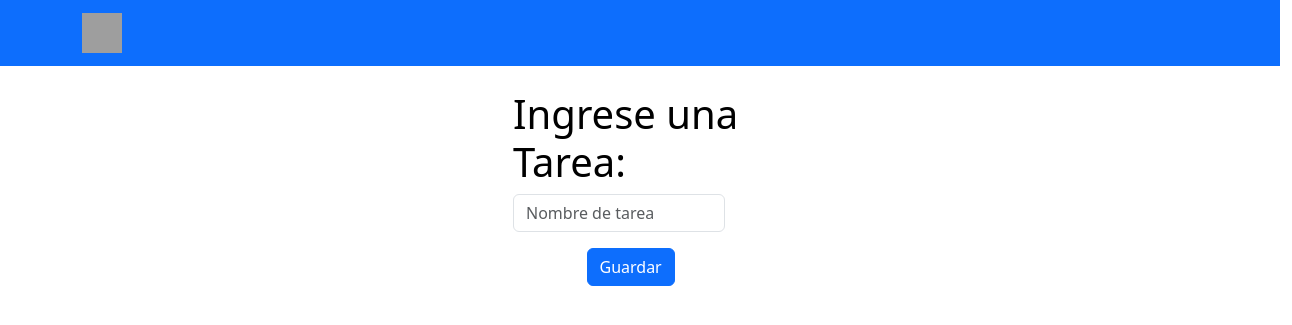
Repository: mgarrido0gb/registroTareas
Page: http://localhost/Tareas/Home
An editor plug-in stored every save of this project. The page is shown before and after the next save, followed by the edit.
The browser window is 1280 px wide. The page is 1292 px wide, so the pictures cover 1292 px, including what lies to the right of the window. The pictures show the whole page.
Pictures or frames that could not be fetched are drawn as grey boxes. The page is served by Tomcat 10. Other server files are loaded and not shown. Queries for data that is not in the repository find no rows.

Above is the page before, as saved 2024-05-21 16:47:44.

### Tareas/src/main/webapp/WEB-INF/home.jsp
<%@page import="models.Categoria"%>
<%@page import="models.Tarea"%>
<%@ page language="java" contentType="text/html; charset=ISO-8859-1"
    pageEncoding="ISO-8859-1" import="java.util.ArrayList" import="models.Tarea" import="models.Categoria"%>
<!doctype html>
<html lang="en">
  <head>
    <meta charset="utf-8">
    <meta name="viewport" content="width=device-width, initial-scale=1">
    <title>Registro Tareas</title>
    <link href="https://cdn.jsdelivr.net/npm/bootstrap@5.3.3/dist/css/bootstrap.min.css" rel="stylesheet" integrity="sha384-QWTKZyjpPEjISv5WaRU9OFeRpok6YctnYmDr5pNlyT2bRjXh0JMhjY6hW+ALEwIH" crossorigin="anonymous">
    <style type="text/css">
    	body{
    		background-color: white;
    		color: black;
    	}

    	li{
    		color: black;
    	}

    	.logotipo{
    		width: 30px;
    		height: 30px;
    	}






    </style>

  </head>
  <body>
  	<nav class="navbar bg-primary" id="nav">
  		<div class="container">
    		<a class="navbar-brand" href="#">
      			<img src="https://cdn-icons-png.flaticon.com/512/181/181627.png"  width="40" height="40">
    		</a>
  		</div>
	</nav>

    <div class="row">
    	<div class="col-3 offset-3 d-block m-auto m-0">
    		<form action="/Tareas/Home" method="post">
    			<div class="p-4">
    				<h1>Ingrese una Tarea: </h1>

    				<div class="text-center  col-sm-10">
    					<input class="form-control" placeholder="Nombre de tarea" name="texto" type="text" required>
    				</div>
    			<div>
    			<div class="row">
    				<div class="col-3 offset-3 p-3">
    					<input type="submit" value="Guardar" class="btn btn-primary">
    				</div>

    			</div>
    		</div>

    	</form>

    </div>


    </div>
   <div class="row">
   		<div class="col-3 offset-2 d-block m-auto m-0 p-3">
   			 <%
    			ArrayList<Tarea> tareas = (ArrayList<Tarea>)request.getAttribute("tareas");
    		%>

    			<% for (Tarea t: tareas) { %>
    				<ul class="list-group">
    					<li <% if (t.completada == true){ %>class="text-decoration-line-through text-danger"<% } %> class="list-group-item">
    		 				<%=t.texto %> (creada en: <%=t.fecha %>)
    		 				<a href="/Tareas/CheckearTarea?id=<%=t.id%>"><img src="https://img.icons8.com/?size=48&id=sz8cPVwzLrMP&format=png" class="logotipo"></img></a>
    		 				<a href="/Tareas/GestionTarea?id=<%=t.id%>"><img src="https://img.icons8.com/?size=48&id=pre7LivdxKxJ&format=png" class="logotipo"></img></a>
    					</li>
    				<br>
    			<%}%>
    		</ul>

   		</div>
   </div>
    <script src="https://cdn.jsdelivr.net/npm/bootstrap@5.3.3/dist/js/bootstrap.bundle.min.js" integrity="sha384-YvpcrYf0tY3lHB60NNkmXc5s9fDVZLESaAA55NDzOxhy9GkcIdslK1eN7N6jIeHz" crossorigin="anonymous"></script>
  </body>
</html>

### Tareas/src/main/java/servlets/Home.java
package servlets;

import jakarta.servlet.RequestDispatcher;
import jakarta.servlet.ServletException;
import jakarta.servlet.annotation.WebServlet;
import jakarta.servlet.http.HttpServlet;
import jakarta.servlet.http.HttpServletRequest;
import jakarta.servlet.http.HttpServletResponse;
import models.Categoria;
import models.Tarea;

import java.io.IOException;
import java.sql.SQLException;
import java.util.ArrayList;

import daos.CategoriaDao;
import daos.TareaDao;


/**
 * Servlet implementation class Home
 */
public class Home extends HttpServlet {
	private static final long serialVersionUID = 1L;

    /**
     * Default constructor.
     */
    public Home() {
        // TODO Auto-generated constructor stub
    }

	/**
	 * @throws IOException
	 * @throws ServletException
	 * @see HttpServlet#doGet(HttpServletRequest request, HttpServletResponse response)
	 */
	protected void doGet(HttpServletRequest request, HttpServletResponse response) throws ServletException, IOException  {
		// TODO Auto-generated method stub
		try {
			ArrayList<Tarea> tareas = TareaDao.getAll();
			System.out.println(tareas);
			request.setAttribute("tareas", tareas);

			ArrayList<Categoria> cats = CategoriaDao.getAll();
			request.setAttribute("cats", cats);
		} catch(SQLException e) {
			System.out.println(e);
		}


		// 2. Cargamos el JSP
		RequestDispatcher vista = request.getRequestDispatcher("WEB-INF/home.jsp");
		vista.forward(request, response);
	}

	/**
	 * @see HttpServlet#doPost(HttpServletRequest request, HttpServletResponse response)
	 */
	protected void doPost(HttpServletRequest request, HttpServletResponse response) throws ServletException, IOException {
		// TODO Auto-generated method stub
		String textoNuevaTarea = request.getParameter("texto");
		try {
			TareaDao.addNew(textoNuevaTarea);

		} catch (SQLException e) {
			// TODO Auto-generated catch block
			e.printStackTrace();
		}


		response.sendRedirect("/Tareas/Home");
	}

}

### Tareas/src/main/java/daos/TareaDao.java
package daos;

import java.sql.Connection;
import java.sql.PreparedStatement;
import java.sql.ResultSet;
import java.sql.SQLException;
import java.sql.Statement;
import java.util.ArrayList;

import models.Categoria;
import models.MyConn;
import models.Tarea;

public class TareaDao {

	static public void addNew(String textoNuevaTarea) throws SQLException {
		//1.-  nueva conexion
		Connection conn = MyConn.getConnection();
		//2.- consulta
		PreparedStatement consulta =conn.prepareStatement("INSERT INTO TAREAS (texto) values(?)");
		consulta.setString(1, textoNuevaTarea);
		consulta.execute();
	}

	static public void deleteById (int idTarea) throws SQLException {
		// 1. Pedimos una conexion nueva
		Connection conn = MyConn.getConnection();
		// 2. Creamos la consulta
		PreparedStatement stmt = conn.prepareStatement(
			"delete from tareas where id=?"
		);
		stmt.setInt(1, idTarea);
		// 3. Ejecutar la stmt
		stmt.executeUpdate();
	  }

	static public void checkById (int idTarea) throws SQLException {
		// 1. Pedimos una conexion nueva
		Connection conn = MyConn.getConnection();
		// 2. Creamos la consulta
		PreparedStatement stmt = conn.prepareStatement(
			"update tareas set completada = true where id = ?"
		);
		stmt.setInt(1, idTarea);
		// 3. Ejecutar la stmt
		stmt.executeUpdate();
	  }





	static public ArrayList<String> get_textos () throws SQLException {
		// 1. Creamos un ArrayList vacío
		ArrayList<String> textos = new ArrayList<String>();
		// 2. Pedimos una conección nueva
		Connection conn = MyConn.getConnection();
		// 3. Creamos y ejecutamos la consulta
		Statement consulta = conn.createStatement();
		ResultSet respuesta = consulta.executeQuery("select * from tareas");

		// 4. Vamos llenando el ArrayList con lo que tenga la respuesta
		while (respuesta.next()) {
		  textos.add( respuesta.getString("texto") );
		}
		// 5. Retornamos el ArrayList, ahora lleno
		return textos;
	  }



	static public ArrayList<Tarea> getAll () throws SQLException {
		// 1. Creamos un ArrayList vacío
		ArrayList<Tarea> tareas = new ArrayList<Tarea>();
		// 2. Pedimos una conección nueva
		Connection conn = MyConn.getConnection();
		// 3. Creamos y ejecutamos la consulta
		Statement consulta = conn.createStatement();
		ResultSet respuesta = consulta.executeQuery("select * from tareas");

		// 4. Vamos llenando el ArrayList con lo que tenga la respuesta
		while (respuesta.next()) {
			Tarea t = new Tarea(
					respuesta.getInt("id"),
					respuesta.getString("texto"),
					respuesta.getBoolean("completada"),
					respuesta.getDate("fecha")

			);
		  tareas.add(t);
		}
		return tareas;
	  }
}

### Tareas/src/main/java/models/MyConn.java
package models;

import java.sql.Connection;
import java.sql.DriverManager;
import java.sql.SQLException;

public class MyConn {
	static final String URL = "jdbc:postgresql://localhost/ejemplo_dao";
	static final String USER = "postgres";
	static final String PASSWORD = "12345";
	static final String DRIVER = "org.postgresql.Driver";

	static public Connection conn = null;

    static public Connection getConnection () {
      if (conn != null) {
        return conn;
      }
      try {
    	Class.forName(DRIVER);
    	conn = (Connection) DriverManager.getConnection(URL, USER, PASSWORD);
      }
      catch (ClassNotFoundException | SQLException e) {
    	e.printStackTrace();
      }
      return conn;
    }
}

### Tareas/src/main/java/daos/CategoriaDao.java
package daos;

import java.sql.Connection;
import java.sql.ResultSet;
import java.sql.SQLException;
import java.sql.Statement;
import java.util.ArrayList;

import models.Categoria;
import models.MyConn;


public class CategoriaDao {
	static public ArrayList<Categoria> getAll () throws SQLException {
		// 1. Creamos un ArrayList vacío
		ArrayList<Categoria> categorias = new ArrayList<Categoria>();
		// 2. Pedimos una conección nueva
		Connection conn = MyConn.getConnection();
		// 3. Creamos y ejecutamos la consulta
		Statement consulta = conn.createStatement();
		ResultSet respuesta = consulta.executeQuery("select * from categoria order by id");

		// 4. Vamos llenando el ArrayList con lo que tenga la respuesta
		while (respuesta.next()) {
			Categoria c = new Categoria(
					respuesta.getInt("id"),
					respuesta.getString("nombre")

			);
		  categorias.add(c);
		}
		return categorias;
	  }
}

After the next save:
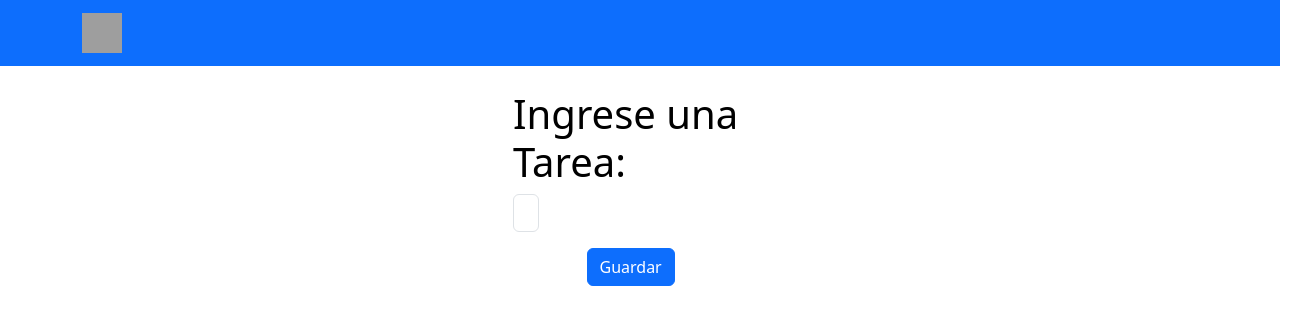
Saved 20 s later.
--- a/Tareas/src/main/webapp/WEB-INF/home.jsp
+++ b/Tareas/src/main/webapp/WEB-INF/home.jsp
@@ -47,7 +47,7 @@
     			<div class="p-4">
     				<h1>Ingrese una Tarea: </h1>
 
-    				<div class="text-center  col-sm-10">
+    				<div class="text-center  col-sm-1">
     					<input class="form-control" placeholder="Nombre de tarea" name="texto" type="text" required>
     				</div>
     			<div>
